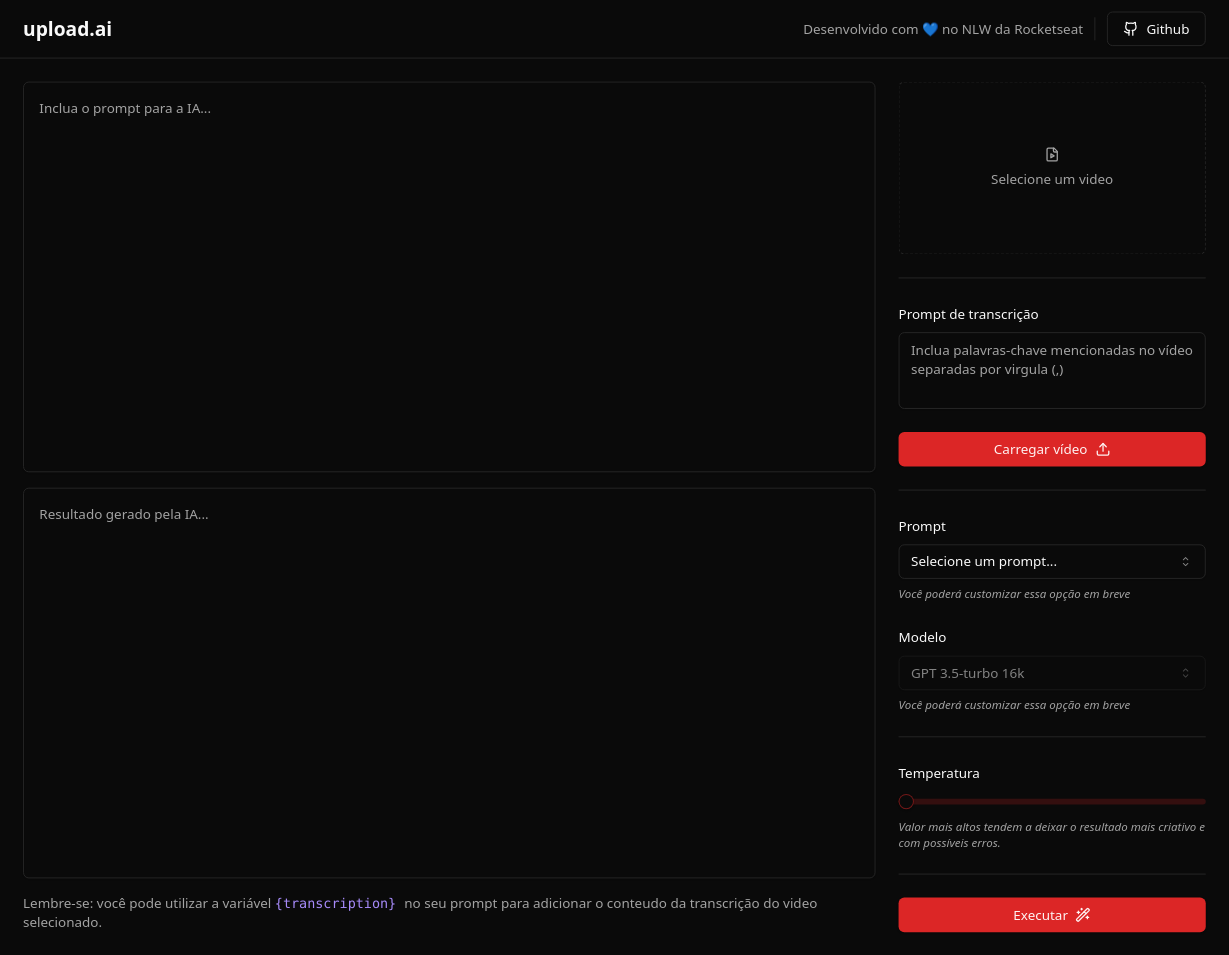
Repository: ricardolimati/upload-ai-web
Page: /
These files come from the project's save history. The page is drawn as it stood at one moment and after the next save; the edit follows.
The browser window is 1280 px wide. The pictures show the whole page, at 96% of full size.
The project was rebuilt for these pictures with package versions that can differ from the ones it lists, and the page was loaded fresh each time. Also part of the build but not shown: vite.config.ts.

Above is the page before, as saved 2023-09-12 00:38:04.

### src/App.tsx
import {Github, FileVideo, Upload, Wand2} from 'lucide-react'
import { Button } from "./components/ui/button";
import { Separator } from './components/ui/separator';
import { Textarea } from './components/ui/textarea';
import { Label } from './components/ui/label';
import { Select, SelectContent, SelectItem, SelectTrigger, SelectValue } from './components/ui/select';
import { Slider } from './components/ui/slider';

export function App() {
  return(
   <div className="min-h-screen flex flex-col">
    <div className="px-6 py-3 flex items-center justify-between border-b">
      <h1 className="text-xl font-bold">upload.ai</h1>
      <div className="flex items-center gap-3">
        <span className="text-sm text-muted-foreground">
          Desenvolvido com 💙 no NLW da Rocketseat</span>
          <Separator orientation='vertical' className='h-6' />
        <Button variant="outline">
          <Github className="w-4 h-4 mr-2" />Github
        </Button>
      </div>
    </div>

    <main className="flex-1 p-6 flex gap-6">
      <div className="flex flex-col flex-1 gap-4">
        <div className="grid grid-rows-2 gap-4 flex-1">
          <Textarea
          className="resize-none p-4 leading-relaxed"
          placeholder="Inclua o prompt para a IA..."
          />
          <Textarea
          className="resize-none p-4 leading-relaxed"
          placeholder="Resultado gerado pela IA..."
          readOnly/>
        </div>

        <p className="text-sm text-muted-foreground">
          Lembre-se: você pode utilizar a variável <code className="text-violet-400">{'{transcription}'} </code>
           no seu prompt para adicionar o conteudo da transcrição
          do video selecionado.</p>
      </div>
      <aside className="w-80 space-y-6">
        <form className="space-y-6" >
          <label
          htmlFor="video"
          className="border flex rounded-md aspect-video cursor-pointer border-dashed text-sm flex-col gap-2 items-center justify-center text-muted-foreground hover:bg-primary/5"
          >
            <FileVideo className="w-4 h-4" />
            Selecione um video
          </label>
          <input type="file" id="video" accept="video/mp4" className="sr-only"/>
          <Separator />
          <div className="space-y-2">
            <Label htmlFor="transcription_prompt">Prompt de transcrição</Label>
            <Textarea
            id="transcription_prompt"
            className="h-20 leading-relaxe resize-none"
            placeholder="Inclua palavras-chave mencionadas no vídeo separadas por virgula (,)"
            />
          </div>
          <Button type="submit" className="w-full">
            Carregar vídeo
            <Upload
              className="w-4 h-4 ml-2"
            />
          </Button>
        </form>

        <Separator />

        <form className="space-y-6">
        <div className="space-y-2">
            <Label >Prompt</Label>
           <Select>
              <SelectTrigger>
                <SelectValue placeholder="Selecione um prompt..." />
              </SelectTrigger>
              <SelectContent>
              <SelectItem value="title">Título do Youtube</SelectItem>
              <SelectItem value="description">Descrição do Youtube</SelectItem>
              </SelectContent>
            </Select>
            <span className="block text-xs text-muted-foreground italic">
              Você poderá customizar essa opção em breve
            </span>
          </div>

          <div className="space-y-2">
            <Label >Modelo</Label>
           <Select disabled defaultValue='gpt-3.5'>
              <SelectTrigger>
                <SelectValue />
              </SelectTrigger>
              <SelectContent>
              <SelectItem value="gpt-3.5">GPT 3.5-turbo 16k</SelectItem>
              </SelectContent>
            </Select>
            <span className="block text-xs text-muted-foreground italic">
              Você poderá customizar essa opção em breve
            </span>
          </div>

          <Separator/>
          <div className="space-y-4">
            <Label >Temperatura</Label>
            <Slider
             min={0}
             max={1}
             step={0.1}
            />
            <span className="block text-xs text-muted-foreground italic">
              Valor mais altos tendem a deixar o resultado mais criativo e com possíveis erros.
            </span>
          </div>

          <Separator />

          <Button type="submit" className="w-full">
            Executar
            <Wand2  className="w-4 h-4 ml-2"/>
          </Button>

        </form>
      </aside>
    </main>
   </div>
  )
}

### src/index.css
@tailwind base;
@tailwind components;
@tailwind utilities;

@layer base {
  :root {
    --background: 0 0% 3.9%;
    --foreground: 0 0% 98%;
    --card: 0 0% 3.9%;
    --card-foreground: 0 0% 98%;
    --popover: 0 0% 3.9%;
    --popover-foreground: 0 0% 98%;
    --primary: 0 72.2% 50.6%;
    --primary-foreground: 0 85.7% 97.3%;
    --secondary: 0 0% 14.9%;
    --secondary-foreground: 0 0% 98%;
    --muted: 0 0% 14.9%;
    --muted-foreground: 0 0% 63.9%;
    --accent: 0 0% 14.9%;
    --accent-foreground: 0 0% 98%;
    --destructive: 0 62.8% 30.6%;
    --destructive-foreground: 0 0% 98%;
    --border: 0 0% 14.9%;
    --input: 0 0% 14.9%;
    --ring: 0 72.2% 50.6%;

    --radius: 0.5rem;
  }
}

@layer base {
  * {
    @apply border-border;
  }
  body {
    @apply bg-background text-foreground;
  }
}

### src/components/ui/button.tsx
import * as React from "react"
import { Slot } from "@radix-ui/react-slot"
import { cva, type VariantProps } from "class-variance-authority"

import { cn } from "@/lib/utils"

const buttonVariants = cva(
  "inline-flex items-center justify-center rounded-md text-sm font-medium transition-colors focus-visible:outline-none focus-visible:ring-1 focus-visible:ring-ring disabled:pointer-events-none disabled:opacity-50",
  {
    variants: {
      variant: {
        default:
          "bg-primary text-primary-foreground shadow hover:bg-primary/90",
        destructive:
          "bg-destructive text-destructive-foreground shadow-sm hover:bg-destructive/90",
        outline:
          "border border-input bg-transparent shadow-sm hover:bg-accent hover:text-accent-foreground",
        secondary:
          "bg-secondary text-secondary-foreground shadow-sm hover:bg-secondary/80",
        ghost: "hover:bg-accent hover:text-accent-foreground",
        link: "text-primary underline-offset-4 hover:underline",
      },
      size: {
        default: "h-9 px-4 py-2",
        sm: "h-8 rounded-md px-3 text-xs",
        lg: "h-10 rounded-md px-8",
        icon: "h-9 w-9",
      },
    },
    defaultVariants: {
      variant: "default",
      size: "default",
    },
  }
)

export interface ButtonProps
  extends React.ButtonHTMLAttributes<HTMLButtonElement>,
    VariantProps<typeof buttonVariants> {
  asChild?: boolean
}

const Button = React.forwardRef<HTMLButtonElement, ButtonProps>(
  ({ className, variant, size, asChild = false, ...props }, ref) => {
    const Comp = asChild ? Slot : "button"
    return (
      <Comp
        className={cn(buttonVariants({ variant, size, className }))}
        ref={ref}
        {...props}
      />
    )
  }
)
Button.displayName = "Button"

export { Button, buttonVariants }

### src/components/ui/separator.tsx
import * as React from "react"
import * as SeparatorPrimitive from "@radix-ui/react-separator"

import { cn } from "@/lib/utils"

const Separator = React.forwardRef<
  React.ElementRef<typeof SeparatorPrimitive.Root>,
  React.ComponentPropsWithoutRef<typeof SeparatorPrimitive.Root>
>(
  (
    { className, orientation = "horizontal", decorative = true, ...props },
    ref
  ) => (
    <SeparatorPrimitive.Root
      ref={ref}
      decorative={decorative}
      orientation={orientation}
      className={cn(
        "shrink-0 bg-border",
        orientation === "horizontal" ? "h-[1px] w-full" : "h-full w-[1px]",
        className
      )}
      {...props}
    />
  )
)
Separator.displayName = SeparatorPrimitive.Root.displayName

export { Separator }

### src/components/ui/textarea.tsx
import * as React from "react"

import { cn } from "@/lib/utils"

export interface TextareaProps
  extends React.TextareaHTMLAttributes<HTMLTextAreaElement> {}

const Textarea = React.forwardRef<HTMLTextAreaElement, TextareaProps>(
  ({ className, ...props }, ref) => {
    return (
      <textarea
        className={cn(
          "flex min-h-[60px] w-full rounded-md border border-input bg-transparent px-3 py-2 text-sm shadow-sm placeholder:text-muted-foreground focus-visible:outline-none focus-visible:ring-1 focus-visible:ring-ring disabled:cursor-not-allowed disabled:opacity-50",
          className
        )}
        ref={ref}
        {...props}
      />
    )
  }
)
Textarea.displayName = "Textarea"

export { Textarea }

### src/components/ui/label.tsx
import * as React from "react"
import * as LabelPrimitive from "@radix-ui/react-label"
import { cva, type VariantProps } from "class-variance-authority"

import { cn } from "@/lib/utils"

const labelVariants = cva(
  "text-sm font-medium leading-none peer-disabled:cursor-not-allowed peer-disabled:opacity-70"
)

const Label = React.forwardRef<
  React.ElementRef<typeof LabelPrimitive.Root>,
  React.ComponentPropsWithoutRef<typeof LabelPrimitive.Root> &
    VariantProps<typeof labelVariants>
>(({ className, ...props }, ref) => (
  <LabelPrimitive.Root
    ref={ref}
    className={cn(labelVariants(), className)}
    {...props}
  />
))
Label.displayName = LabelPrimitive.Root.displayName

export { Label }

### src/components/ui/select.tsx
import * as React from "react"
import { CaretSortIcon, CheckIcon } from "@radix-ui/react-icons"
import * as SelectPrimitive from "@radix-ui/react-select"

import { cn } from "@/lib/utils"

const Select = SelectPrimitive.Root

const SelectGroup = SelectPrimitive.Group

const SelectValue = SelectPrimitive.Value

const SelectTrigger = React.forwardRef<
  React.ElementRef<typeof SelectPrimitive.Trigger>,
  React.ComponentPropsWithoutRef<typeof SelectPrimitive.Trigger>
>(({ className, children, ...props }, ref) => (
  <SelectPrimitive.Trigger
    ref={ref}
    className={cn(
      "flex h-9 w-full items-center justify-between rounded-md border border-input bg-transparent px-3 py-2 text-sm shadow-sm ring-offset-background placeholder:text-muted-foreground focus:outline-none focus:ring-1 focus:ring-ring disabled:cursor-not-allowed disabled:opacity-50",
      className
    )}
    {...props}
  >
    {children}
    <SelectPrimitive.Icon asChild>
      <CaretSortIcon className="h-4 w-4 opacity-50" />
    </SelectPrimitive.Icon>
  </SelectPrimitive.Trigger>
))
SelectTrigger.displayName = SelectPrimitive.Trigger.displayName

const SelectContent = React.forwardRef<
  React.ElementRef<typeof SelectPrimitive.Content>,
  React.ComponentPropsWithoutRef<typeof SelectPrimitive.Content>
>(({ className, children, position = "popper", ...props }, ref) => (
  <SelectPrimitive.Portal>
    <SelectPrimitive.Content
      ref={ref}
      className={cn(
        "relative z-50 min-w-[8rem] overflow-hidden rounded-md border bg-popover text-popover-foreground shadow-md data-[state=open]:animate-in data-[state=closed]:animate-out data-[state=closed]:fade-out-0 data-[state=open]:fade-in-0 data-[state=closed]:zoom-out-95 data-[state=open]:zoom-in-95 data-[side=bottom]:slide-in-from-top-2 data-[side=left]:slide-in-from-right-2 data-[side=right]:slide-in-from-left-2 data-[side=top]:slide-in-from-bottom-2",
        position === "popper" &&
          "data-[side=bottom]:translate-y-1 data-[side=left]:-translate-x-1 data-[side=right]:translate-x-1 data-[side=top]:-translate-y-1",
        className
      )}
      position={position}
      {...props}
    >
      <SelectPrimitive.Viewport
        className={cn(
          "p-1",
          position === "popper" &&
            "h-[var(--radix-select-trigger-height)] w-full min-w-[var(--radix-select-trigger-width)]"
        )}
      >
        {children}
      </SelectPrimitive.Viewport>
    </SelectPrimitive.Content>
  </SelectPrimitive.Portal>
))
SelectContent.displayName = SelectPrimitive.Content.displayName

const SelectLabel = React.forwardRef<
  React.ElementRef<typeof SelectPrimitive.Label>,
  React.ComponentPropsWithoutRef<typeof SelectPrimitive.Label>
>(({ className, ...props }, ref) => (
  <SelectPrimitive.Label
    ref={ref}
    className={cn("px-2 py-1.5 text-sm font-semibold", className)}
    {...props}
  />
))
SelectLabel.displayName = SelectPrimitive.Label.displayName

const SelectItem = React.forwardRef<
  React.ElementRef<typeof SelectPrimitive.Item>,
  React.ComponentPropsWithoutRef<typeof SelectPrimitive.Item>
>(({ className, children, ...props }, ref) => (
  <SelectPrimitive.Item
    ref={ref}
    className={cn(
      "relative flex w-full cursor-default select-none items-center rounded-sm py-1.5 pl-2 pr-8 text-sm outline-none focus:bg-accent focus:text-accent-foreground data-[disabled]:pointer-events-none data-[disabled]:opacity-50",
      className
    )}
    {...props}
  >
    <span className="absolute right-2 flex h-3.5 w-3.5 items-center justify-center">
      <SelectPrimitive.ItemIndicator>
        <CheckIcon className="h-4 w-4" />
      </SelectPrimitive.ItemIndicator>
    </span>
    <SelectPrimitive.ItemText>{children}</SelectPrimitive.ItemText>
  </SelectPrimitive.Item>
))
SelectItem.displayName = SelectPrimitive.Item.displayName

const SelectSeparator = React.forwardRef<
  React.ElementRef<typeof SelectPrimitive.Separator>,
  React.ComponentPropsWithoutRef<typeof SelectPrimitive.Separator>
>(({ className, ...props }, ref) => (
  <SelectPrimitive.Separator
    ref={ref}
    className={cn("-mx-1 my-1 h-px bg-muted", className)}
    {...props}
  />
))
SelectSeparator.displayName = SelectPrimitive.Separator.displayName

export {
  Select,
  SelectGroup,
  SelectValue,
  SelectTrigger,
  SelectContent,
  SelectLabel,
  SelectItem,
  SelectSeparator,
}

### src/components/ui/slider.tsx
import * as React from "react"
import * as SliderPrimitive from "@radix-ui/react-slider"

import { cn } from "@/lib/utils"

const Slider = React.forwardRef<
  React.ElementRef<typeof SliderPrimitive.Root>,
  React.ComponentPropsWithoutRef<typeof SliderPrimitive.Root>
>(({ className, ...props }, ref) => (
  <SliderPrimitive.Root
    ref={ref}
    className={cn(
      "relative flex w-full touch-none select-none items-center",
      className
    )}
    {...props}
  >
    <SliderPrimitive.Track className="relative h-1.5 w-full grow overflow-hidden rounded-full bg-primary/20">
      <SliderPrimitive.Range className="absolute h-full bg-primary" />
    </SliderPrimitive.Track>
    <SliderPrimitive.Thumb className="block h-4 w-4 rounded-full border border-primary/50 bg-background shadow transition-colors focus-visible:outline-none focus-visible:ring-1 focus-visible:ring-ring disabled:pointer-events-none disabled:opacity-50" />
  </SliderPrimitive.Root>
))
Slider.displayName = SliderPrimitive.Root.displayName

export { Slider }

Loaded but not shown: index.html (common file); src/main.tsx (common file); src/lib/utils.ts (common file); tailwind.config.js (common file)

After the next save:
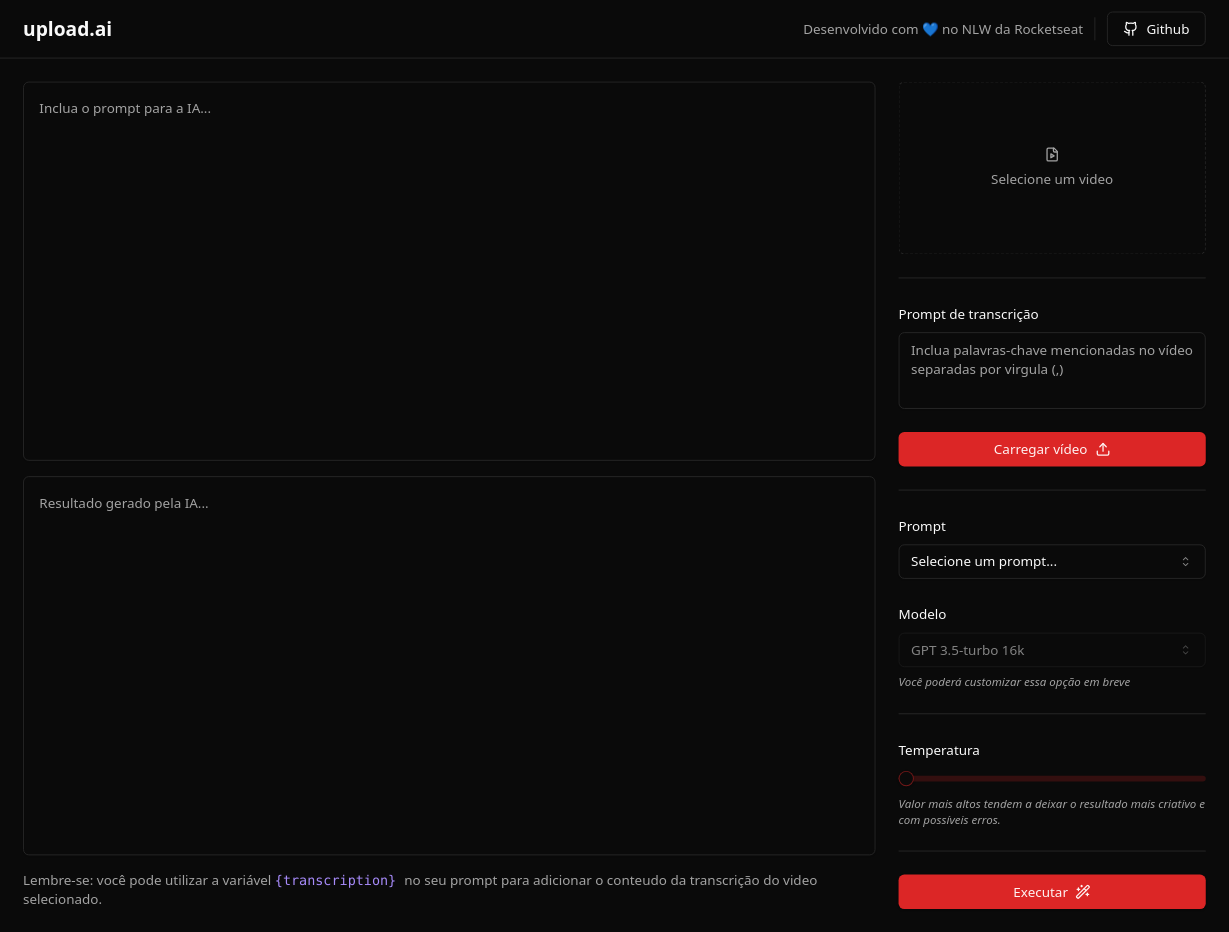
Saved 4 s later.
--- a/src/App.tsx
+++ b/src/App.tsx
@@ -80,9 +80,6 @@ export function App() {
               <SelectItem value="description">Descrição do Youtube</SelectItem>
               </SelectContent>
             </Select>
-            <span className="block text-xs text-muted-foreground italic">
-              Você poderá customizar essa opção em breve
-            </span>
           </div>
 
           <div className="space-y-2">
